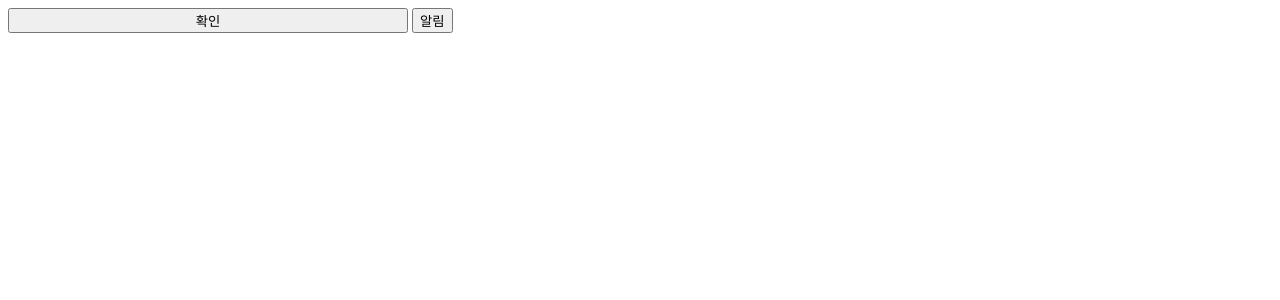
Repository: Baechangho/JavaBasic
Page: workspace_web/Front/src/main/webapp/jqEvent/jqEvent_02.html
An editor plug-in stored every save of this project. The page is shown before and after the next save, followed by the edit.
The browser window is 1280 px wide. The pictures show the whole page.

Above is the page before, as saved 2023-08-10 02:32:00.

After the next save:
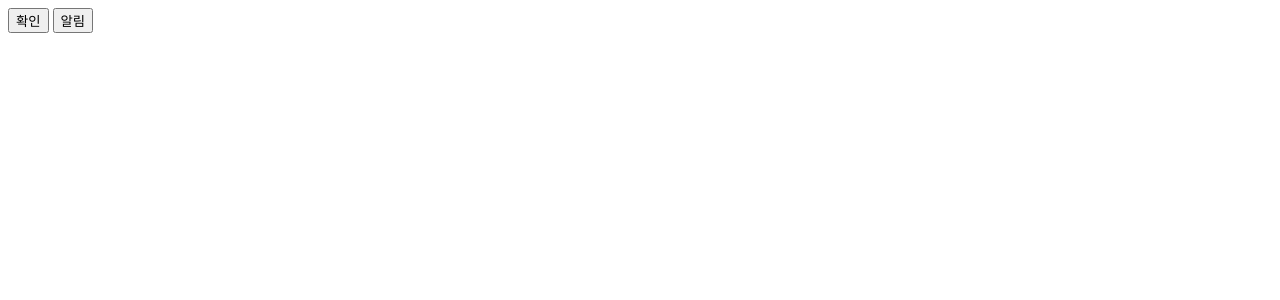
Console error: SyntaxError: Unexpected token ')'
Saved 39 s later.
--- a/workspace_web/Front/src/main/webapp/jqEvent/jqEvent_02.html
+++ b/workspace_web/Front/src/main/webapp/jqEvent/jqEvent_02.html
@@ -39,7 +39,7 @@
 
 	//---------------------------------
 
-
+	$("#btnAlert").dblclick(function())
 })
 
 function sayHi(){

After the save that followed:
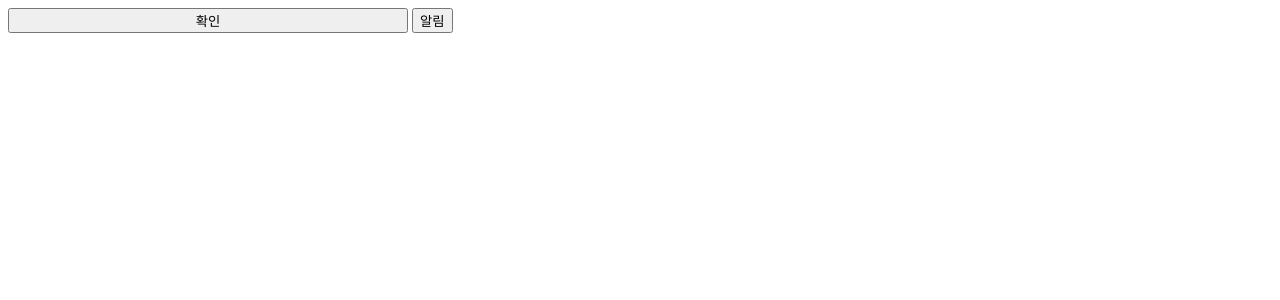
The error is gone.
Saved 7 s later.
--- a/workspace_web/Front/src/main/webapp/jqEvent/jqEvent_02.html
+++ b/workspace_web/Front/src/main/webapp/jqEvent/jqEvent_02.html
@@ -39,7 +39,12 @@
 
 	//---------------------------------
 
-	$("#btnAlert").dblclick(function())
+	$("#btnAlert").dblclick(function(){
+
+
+
+
+	})
 })
 
 function sayHi(){
